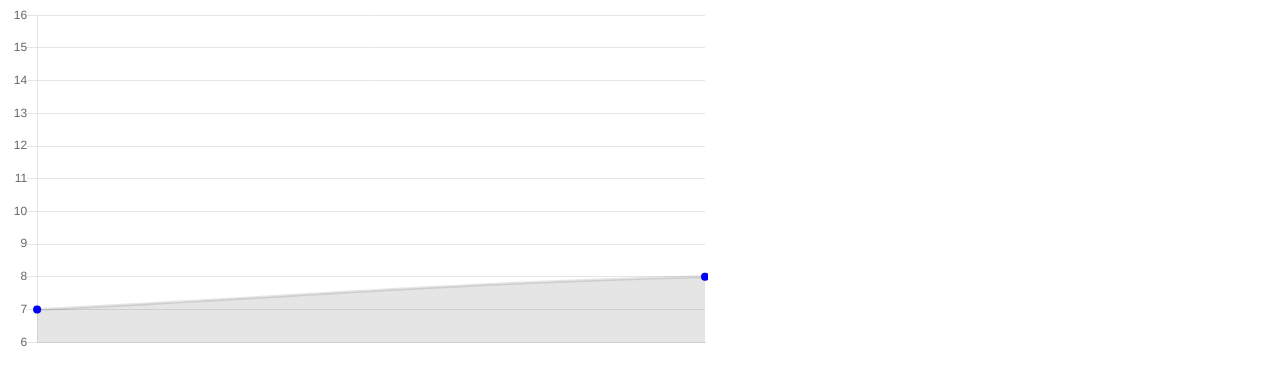
Repository: Hugh-KR/AccountBook
Page: http://localhost/Account_Book/NewFile.jsp
These files come from the project's save history. The page is drawn as it stood at one moment and after the next save; the edit follows.
The browser window is 1280 px wide. The pictures show the whole page.
The page is served by Tomcat 9. Nobody is signed in. The application's start-up code is not run. Other server files are loaded and not shown.

Above is the page before, as saved 2022-12-01 05:17:47.

### Account_Book/src/main/webapp/NewFile.jsp
<%@ page language="java" contentType="text/html; charset=UTF-8"
    pageEncoding="UTF-8"%>
<!DOCTYPE html>
<html>
<head>
<meta charset="UTF-8">
<title>Insert title here</title>
<script src="https://cdnjs.cloudflare.com/ajax/libs/Chart.js/2.9.4/Chart.js"></script>
</head>
<body>
  <canvas id="myChart" style="width:100%;max-width:700px"></canvas>

<script>
var xyValues = [
  {x:50, y:7},
  {x:60, y:8},
  {x:70, y:8},
  {x:80, y:9},
  {x:90, y:9},
  {x:100, y:9},
  {x:110, y:10},
  {x:120, y:11},
  {x:130, y:14},
  {x:140, y:14},
  {x:150, y:15}
];

new Chart("myChart", {
  type: "line",
  data: {
    datasets: [{
      pointRadius: 4,
      pointBackgroundColor: "rgb(0,0,255)",
      data: xyValues
    }]
  },
  options: {
    legend: {display: false},
    scales: {
      xAxes: [{ticks: {min: 40, max:160}}],
      yAxes: [{ticks: {min: 6, max:16}}],
    }
  }
});
</script>

</body>
</html>

After the next save:
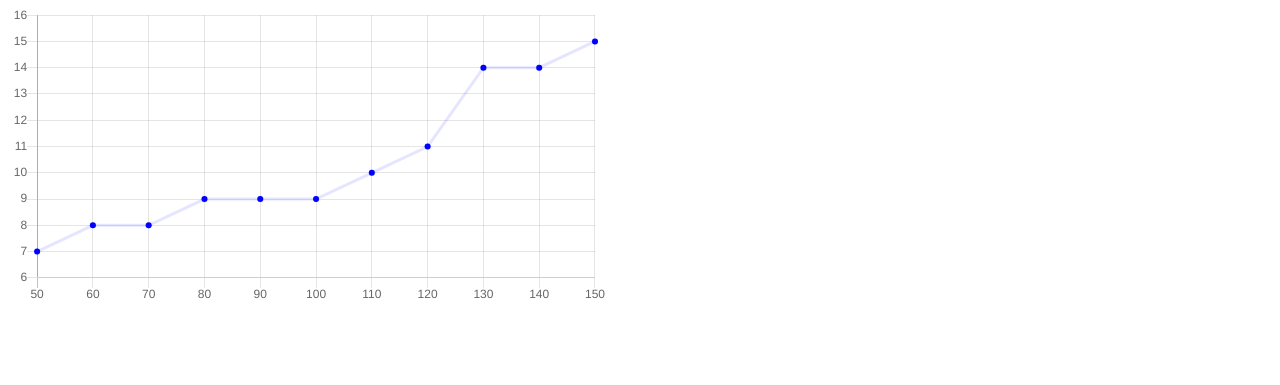
Saved 2 min 19 s later.
--- a/Account_Book/src/main/webapp/NewFile.jsp
+++ b/Account_Book/src/main/webapp/NewFile.jsp
@@ -8,36 +8,27 @@
 <script src="https://cdnjs.cloudflare.com/ajax/libs/Chart.js/2.9.4/Chart.js"></script>
 </head>
 <body>
-  <canvas id="myChart" style="width:100%;max-width:700px"></canvas>
+ <canvas id="myChart" style="width:100%;max-width:600px"></canvas>
 
 <script>
-var xyValues = [
-  {x:50, y:7},
-  {x:60, y:8},
-  {x:70, y:8},
-  {x:80, y:9},
-  {x:90, y:9},
-  {x:100, y:9},
-  {x:110, y:10},
-  {x:120, y:11},
-  {x:130, y:14},
-  {x:140, y:14},
-  {x:150, y:15}
-];
+var xValues = [50,60,70,80,90,100,110,120,130,140,150];
+var yValues = [7,8,8,9,9,9,10,11,14,14,15];
 
 new Chart("myChart", {
   type: "line",
   data: {
+    labels: xValues,
     datasets: [{
-      pointRadius: 4,
-      pointBackgroundColor: "rgb(0,0,255)",
-      data: xyValues
+      fill: false,
+      lineTension: 0,
+      backgroundColor: "rgba(0,0,255,1.0)",
+      borderColor: "rgba(0,0,255,0.1)",
+      data: yValues
     }]
   },
   options: {
     legend: {display: false},
     scales: {
-      xAxes: [{ticks: {min: 40, max:160}}],
       yAxes: [{ticks: {min: 6, max:16}}],
     }
   }
